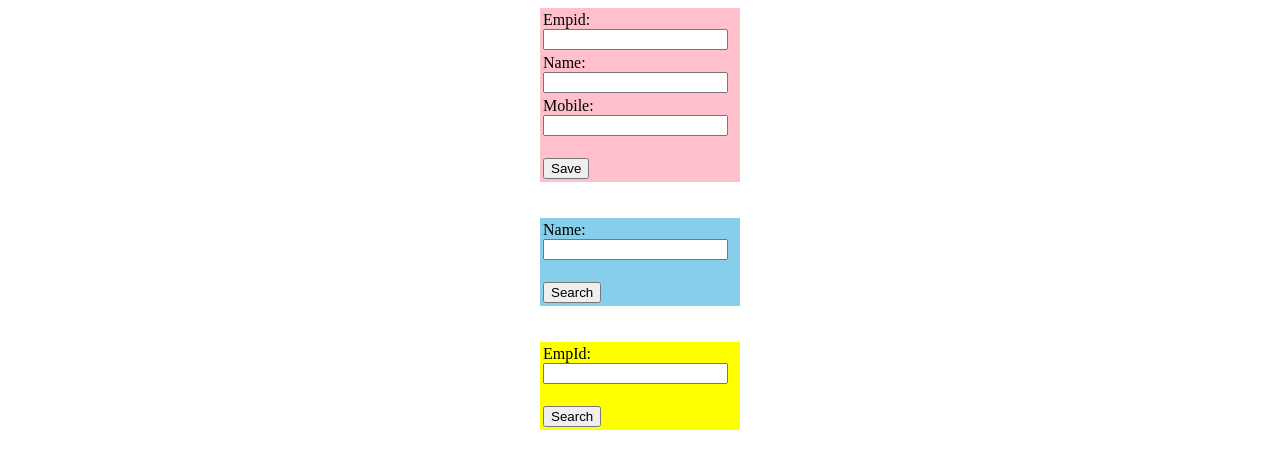
Repository: Suknaina/Repo
Page: MockServlet/src/main/webapp/Home.html
These files come from the project's save history. The page is drawn as it stood at one moment and after the next save; the edit follows.
The browser window is 1280 px wide. The pictures show the whole page.

Above is the page before, as saved 2023-05-23 17:20:06.

After the next save:
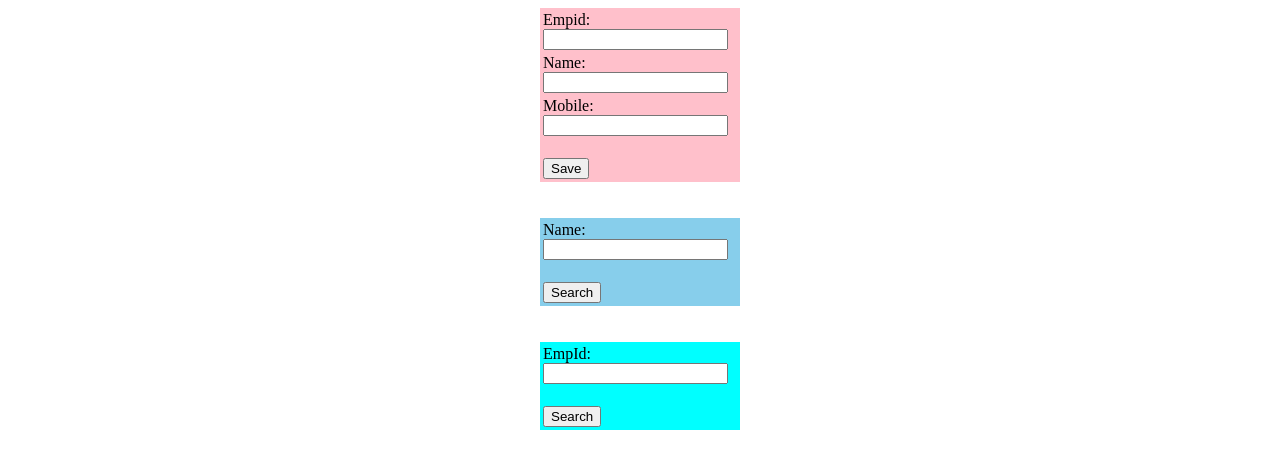
Saved 16 s later.
--- a/MockServlet/src/main/webapp/Home.html
+++ b/MockServlet/src/main/webapp/Home.html
@@ -45,7 +45,7 @@
 		</form>
 		<br>
 		<form action="">
-			<table bgcolor="yellow" width="200px">
+			<table bgcolor="cyan" width="200px">
 			<tr>
 					<td>EmpId: <input type="text" name="empid"><br><br>
 					</td>
